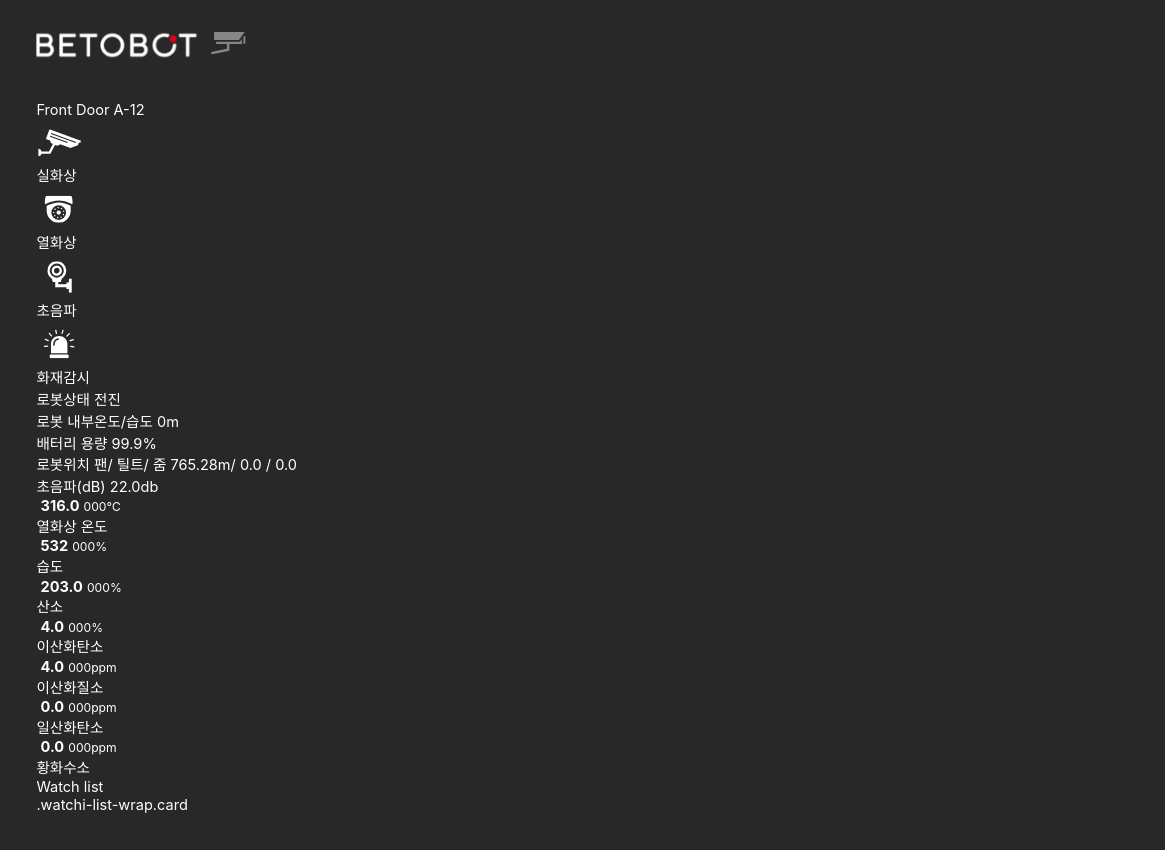
Repository: jang0ha/betobot
Page: content/main/main.html
The author's editor kept a copy of each file at every save. The page is drawn from the files as they stood at one save, then again after the next save.
The browser window is 1280 px wide. The pictures show the whole page, at 91% of full size.
Some web fonts or font styles are not loaded; a fallback is used. The style sheet was rebuilt from its Sass, Less or Tailwind sources for each picture, by a compiler version that may differ from the author's.

Above is the page before, as saved 2022-07-12 16:40:38.

After the next save:
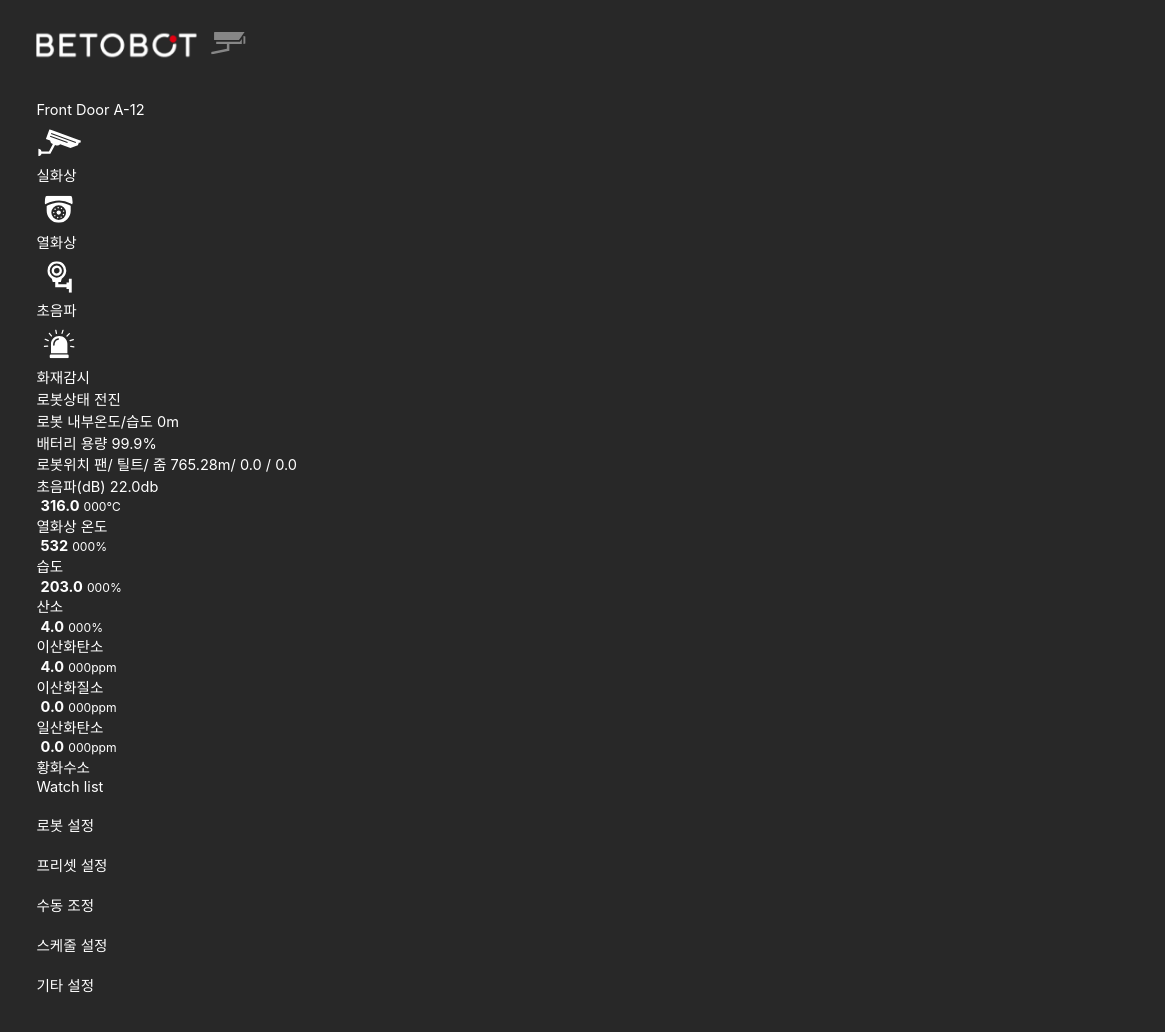
Saved 3 min 22 s later.
--- a/content/main/main.html
+++ b/content/main/main.html
@@ -150,7 +150,41 @@
                         <div class="right-contianer">
                             <div class="title">Watch list</div>
                             <div class="row-wrap">
-                                .watchi-list-wrap.card
+                                <div class="watch-list-wrap card"></div>
+                                <div class="watch-list-btn-wrap card">
+                                    <ul>
+                                        <li>
+                                            <a href="">
+                                                <i class="icon-menu-robot"></i>
+                                                <p>로봇 설정</p>
+                                            </a>
+                                        </li>
+                                        <li>
+                                            <a href="">
+                                                <i class="icon-menu-preset"></i>
+                                                <p>프리셋 설정</p>
+                                            </a>
+                                        </li>
+                                        <li>
+                                            <a href="">
+                                                <i class="icon-menu-handwork"></i>
+                                                <p>수동 조정</p>
+                                            </a>
+                                        </li>
+                                        <li>
+                                            <a href="">
+                                                <i class="icon-menu-schedule"></i>
+                                                <p>스케줄 설정</p>
+                                            </a>
+                                        </li>
+                                        <li>
+                                            <a href="">
+                                                <i class="icon-menu-etc"></i>
+                                                <p>기타 설정</p>
+                                            </a>
+                                        </li>
+                                    </ul>
+                                </div>
                             </div>
                         </div>
                     </div>
